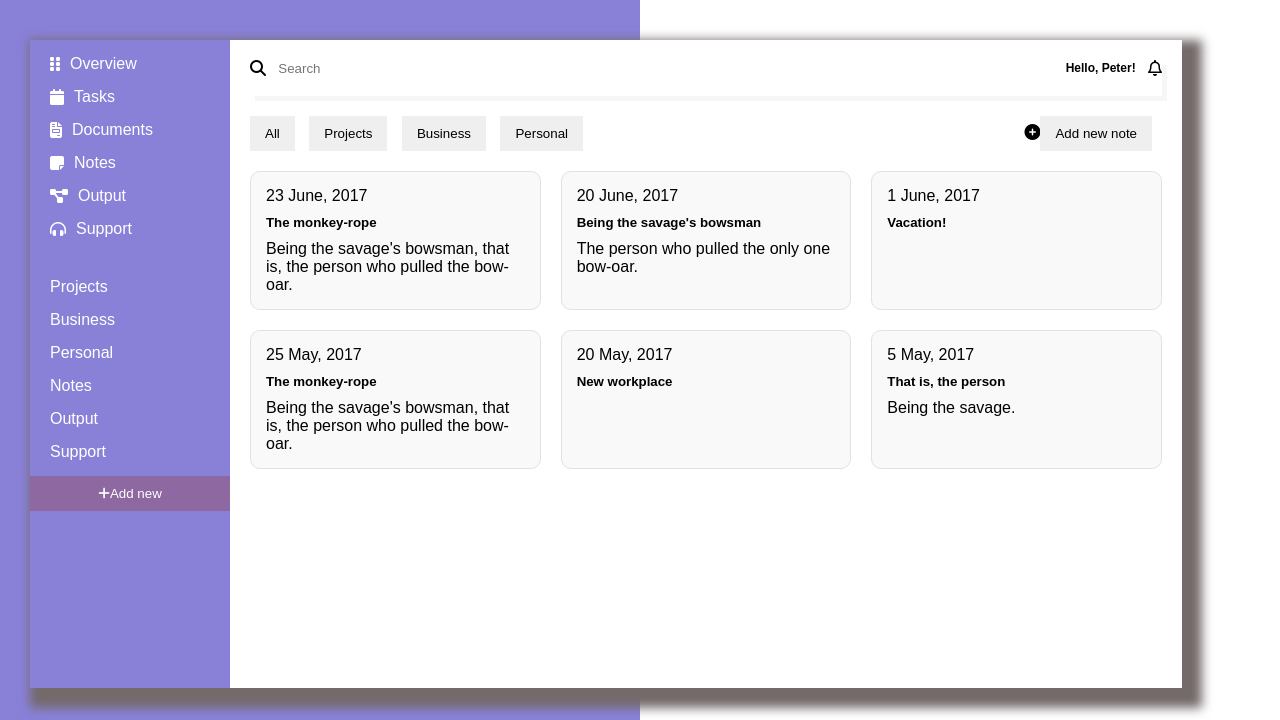
Repository: SatenikGabrielyan/HTML_CSS-_Assignment
Page: index.html
An editor plug-in stored every save of this project. The page is shown before and after the next save, followed by the edit.
The browser window is 1280 px wide. The pictures show the whole page.
Some web libraries are served in a nearby version.

Above is the page before, as saved 2025-03-18 00:14:04.

### index.html
<!DOCTYPE html>
<html lang="en">
  <head>
    <meta charset="UTF-8" />
    <meta name="viewport" content="width=device-width, initial-scale=1.0" />
    <title>Notes App</title>
    <link rel="stylesheet" href="./style.css" />
    <script src="https://kit.fontawesome.com/858d305f19.js" crossorigin="anonymous"></script>
</head>
  <body>
      <div class="cont">
          <div class="purp"></div>
          <div class="whit"></div>
      </div>
    <div class="container">
      <aside class="sidebar">
        <!-- <header class="circle">
            <i class="fa-regular fa-circle"></i>
        </header> -->
        <nav>
            <ul class="first">
                <li><i class="fa-solid fa-grip-vertical"></i>Overview</li>
                <li> <i class="fa-solid fa-calendar"></i>Tasks</li>
                <li><i class="fa-solid fa-file-invoice"></i>Documents</li>
                <li><i class="fa-solid fa-note-sticky"></i>Notes</li>
                <li><i class="fa-solid fa-diagram-project"></i>Output</li>
                <li><i class="fa-solid fa-headphones-simple"></i>Support</li>
            </ul>
            <ul class="second">
                <li>Projects</li>
                <li>Business</li>
                <li>Personal</li>
                <li>Notes</li>
                <li>Output</li>
                <li>Support</li>
            </ul>
        </nav>
        <button class="add-new"><i class="fa-solid fa-plus"></i>Add new</button>
    </aside>

    <main class="main-content">
       <div class="header">
            <i class="fas fa-search"></i>  <input type="text" placeholder="Search">
            <h3>Hello, Peter!</h3> <i class="fa-regular fa-bell"></i>
    </div>
    <div class="proj">
        <div class="but">
        <div class="tabs">
            <button>All</button>
            <button>Projects</button>
            <button>Business</button>
            <button>Personal</button>
        </div>
        <div >
            <i class="fa-solid fa-circle-plus"></i><button class="add tabs">Add new note</button>
        </div>
    </div>
        <div class="notes-grid">
            <div class="note-card">
                <h4>23 June, 2017</h4>
                <h5>The monkey-rope</h5>
                <p>Being the savage's bowsman, that is, the person who pulled the bow-oar.</p>
            </div>
            <div class="note-card">
                <h4>20 June, 2017</h4>
                <h5>Being the savage's bowsman</h5>
                <p>The person who pulled the only one bow-oar.</p>
            </div>
            <div class="note-card">
                <h4>1 June, 2017</h4>
                <h5>Vacation!</h5>
            </div>
            <div class="note-card">
                <h4>25 May, 2017</h4>
                <h5>The monkey-rope</h5>
                <p>Being the savage's bowsman, that is, the person who pulled the bow-oar.</p>
            </div>
            <div class="note-card">
                <h4>20 May, 2017</h4>
                <h5>New workplace</h5>
            </div>
            <div class="note-card">
                <h4>5 May, 2017</h4>
                <h5>That is, the person</h5>
                <p>Being the savage.</p>
            </div>
        </div>
    </div>
    </main>

    </div>

  </body>
</html>

### style.css
/* CSS Variables for Colors */
:root {
    --bg-color: #fbfbfb;
    --primary-color: #8981d8;
    --secondary-color: #d0d0d0;
    --text-color: #858499;
    --highlight-color: #7f77cc;
    --hover-color: rgba(137, 129, 216, 0.5);
  }


  * {
    margin: 0;
    padding: 0;
    box-sizing: border-box;
  }

  body {
    font-family: Arial, sans-serif;
    /* background-color: var(--bg-color); */
    display: flex;
    height: 100vh;
  }
  .wrapper{
    position: relative;
  }

  .cont{
      display: flex;
      width: 100%;
      position: relative;
      z-index: -1;
      border-radius: 10px;
  }
.purp {
    width: 50%;
    background-color: var(--primary-color);
    flex-direction: row;
}
.whit {
    width: 50%;
    /* background-color: lightgray; */
    flex-direction: row;
}
  .container {
    display: flex;
    width: 90%;
    height: 90%;

    box-shadow: 10px 10px 10px 10px rgb(116, 106, 106);
    margin-left: 30px;
    margin-right: 30px;
    margin-top: 40px;
    margin-bottom: 80px;
    background: center;
    position: absolute;
    z-index: 2;
  }

   .sidebar {
    width: 200px;
    background-color: var(--primary-color);
    color: #fff;
    display: flex;
    flex-direction: column;
    /* padding: 20px; */
  }

  /* .main-content li {
    float: left;
  }

  .main-content li a {
    display: block;
    color: white;
    text-align: center;
    padding: 14px 16px;
    text-decoration: none;
  }

  .main-content li a:hover:not(.active) {
    background-color: #111;
  } */
  /* .first {
    list-style-type: none;
     list-style: none;
} */
.first li {
    margin: 15px 0;
    display: flex;
    align-items: center;
    cursor: pointer;
    padding-left: 20px;
}
  .sidebar-header h2 {
    margin-bottom: 20px;
  }

  .first li i {
    margin-right: 10px;
  }
  .second {
      margin-top: 40px;
  }
 .second li {
    margin: 15px 0;
    display: flex;
    align-items: center;
    cursor: pointer;
    padding-left: 20px;
 }
 .second li::marker {
    color: red;
  }
  .main-content {
    background-color: white;
    /* width: 200px; */
    flex-grow: 1;
    flex: 1;
    /* padding-top: 20px; */
     padding: 20px;
    /* overflow-y: auto;  */
  }

   /* header {
    display: flex;
    justify-content: space-between;
    align-items: center;
    margin-bottom: 20px;
  } */

  /*
  .header-left p {
    font-size: 1.2em;
    color: var(--text-color);
  }

  .header-right {
    display: flex;
    align-items: center;
  }

  .header-right i {
    margin-right: 20px;
    cursor: pointer;
  }

  .add-note-btn {
    background-color: var(--primary-color);
    color: #fff;
    border: none;
    padding: 10px 20px;
    cursor: pointer;
    display: flex;
    align-items: center;
  }

  .add-note-btn i {
    margin-right: 10px;
  }


  .notes-grid {
    display: grid;
    grid-template-columns: repeat(auto-fill, minmax(300px, 1fr));
    gap: 20px;
  }

  .note-item {
    background-color: #fff;
    border-radius: 8px;
    box-shadow: 0 2px 4px rgba(0, 0, 0, 0.1);
    overflow: hidden;
    display: flex;
    flex-direction: column;
    padding: 20px;
  }

  .note-item img {
    width: 100%;
    height: auto;
    border-radius: 8px;
    margin-bottom: 15px;
  }

  .note-item p {
    color: var(--text-color);
    font-size: 1em;
    line-height: 1.5;
  }


  .sidebar-list li:hover {
    background-color: var(--highlight-color);
    transition: background-color 0.3s ease;
  }


  @media (max-width: 768px) {
    .container {
      flex-direction: column;
    }

    .sidebar {
      width: 100%;
      flex-direction: row;
      justify-content: space-around;
      padding: 10px;
    }

    .sidebar-list {
      display: flex;
      flex-direction: row;
      gap: 15px;
    }

    .sidebar-list li {
      margin: 0;
    }

    .main-content {
      padding: 10px;
    }

    header {
      flex-direction: column;
      align-items: flex-start;
    }

    .header-right {
      margin-top: 10px;
    }

    .notes-grid {
      grid-template-columns: 1fr;
    }

    .note-item {
      padding: 10px;
    }

    .note-item img {
      margin-bottom: 10px;
    }
  } */
  /* .sidebar {
    background-color: #5e4b9a;
    color: white;
    width: 300px;
    padding: 20px;
} */

/* .sidebar header {
    font-size: 24px;
}

.sidebar nav ul {
    list-style: none;
    padding: 0;
}

.sidebar nav ul li {
    margin: 15px 0;
} */

.add-new {
    background-color: #8e68a0;
    color: white;
    border: none;
    padding: 10px;
    cursor: pointer;
}

.header {
    display: flex;
    width: 100%;
    justify-content: space-between;
    align-items: center;
    background-color: white;
    box-shadow: 5px  5px rgb(247, 246, 246);
    padding-bottom: 20px;
}

.header input {
    border: none;
    margin: 0;
    width: 85%;
}

.header h3 {
    margin: 0;
    font-size: 12px;
}

.tabs {
    margin: 20px 0;
}

.tabs button {
    margin-right: 10px;
    padding: 10px 15px;
    border: none;
    /* background-color: #e2e2e2; */
    cursor: pointer;
}
.tabs :hover {
    background-color: var(--highlight-color);
    transition: background-color 0.3s ease;
  }

.notes-grid {
    display: grid;
    grid-template-columns: repeat(auto-fill, minmax(240px, 1fr));
    gap: 20px;
}
.but{
    display: flex;
    flex-direction: row;
    justify-content: space-between;
}
.add {
    margin-right: 10px;
    padding: 10px 15px;
    border: none;
    cursor: pointer;
}

.note-card {
    border: 1px solid #e2e2e2;
    border-radius: 10px;
    padding: 15px;
    background-color: #f9f9f9;
}

.note-card h4 {
    margin: 0;
    font-weight: normal;
}

.note-card h5 {
    margin: 10px 0;
}

After the next save:
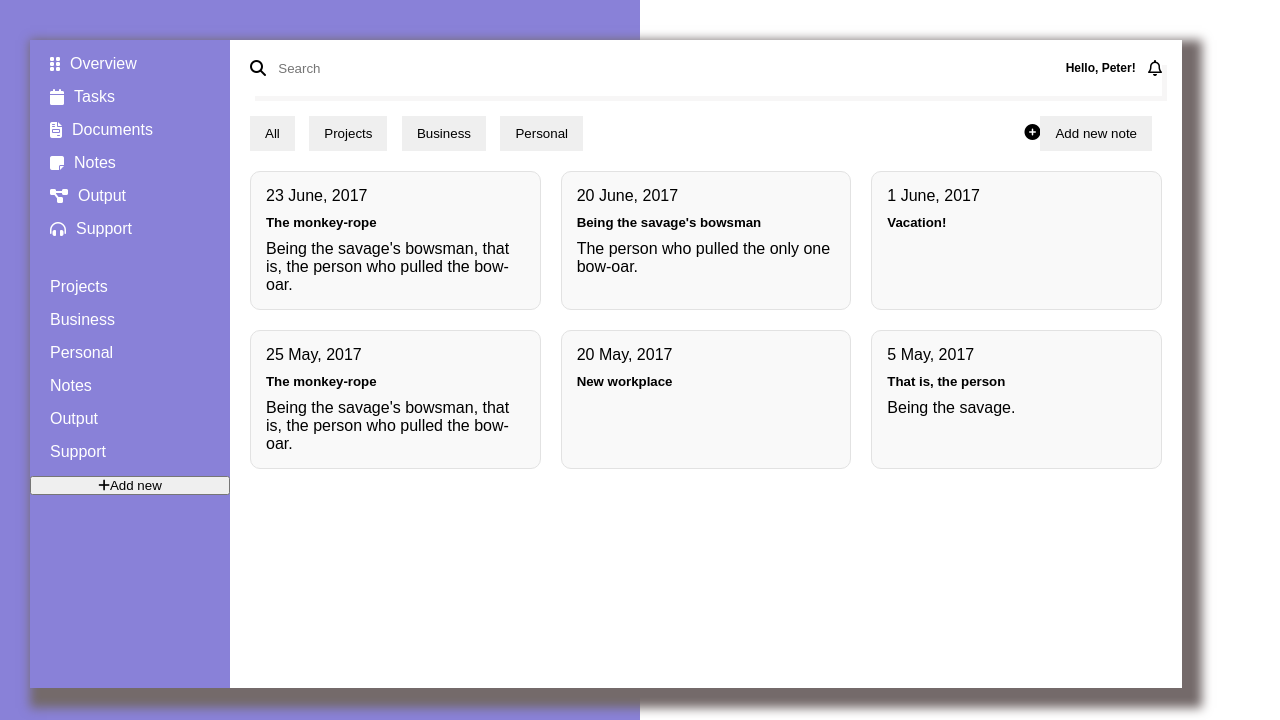
Saved 22 s later.
--- a/style.css
+++ b/style.css
@@ -263,13 +263,13 @@
     margin: 15px 0;
 } */
 
-.add-new {
+/* .add-new {
     background-color: #8e68a0;
     color: white;
     border: none;
     padding: 10px;
     cursor: pointer;
-}
+} */
 
 .header {
     display: flex;

After the save that followed:
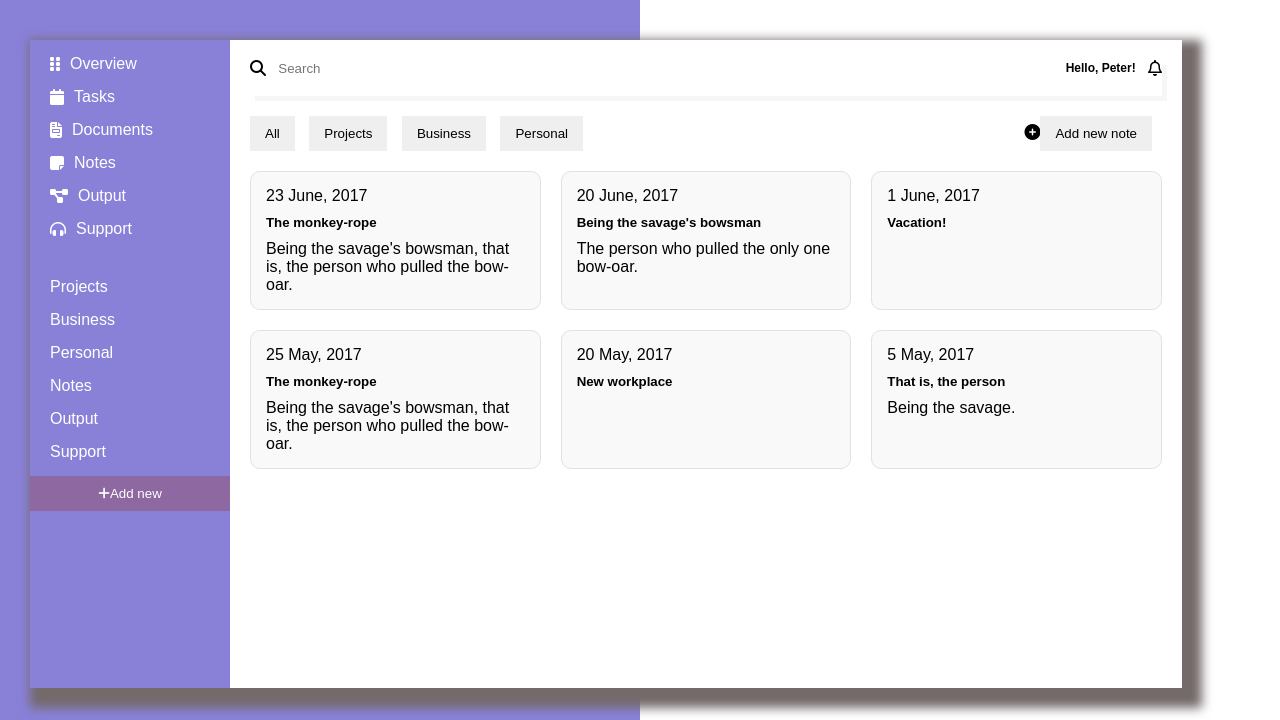
Saved 88 s later.
--- a/style.css
+++ b/style.css
@@ -263,13 +263,13 @@
     margin: 15px 0;
 } */
 
-/* .add-new {
+.add-new {
     background-color: #8e68a0;
     color: white;
     border: none;
     padding: 10px;
     cursor: pointer;
-} */
+}
 
 .header {
     display: flex;
